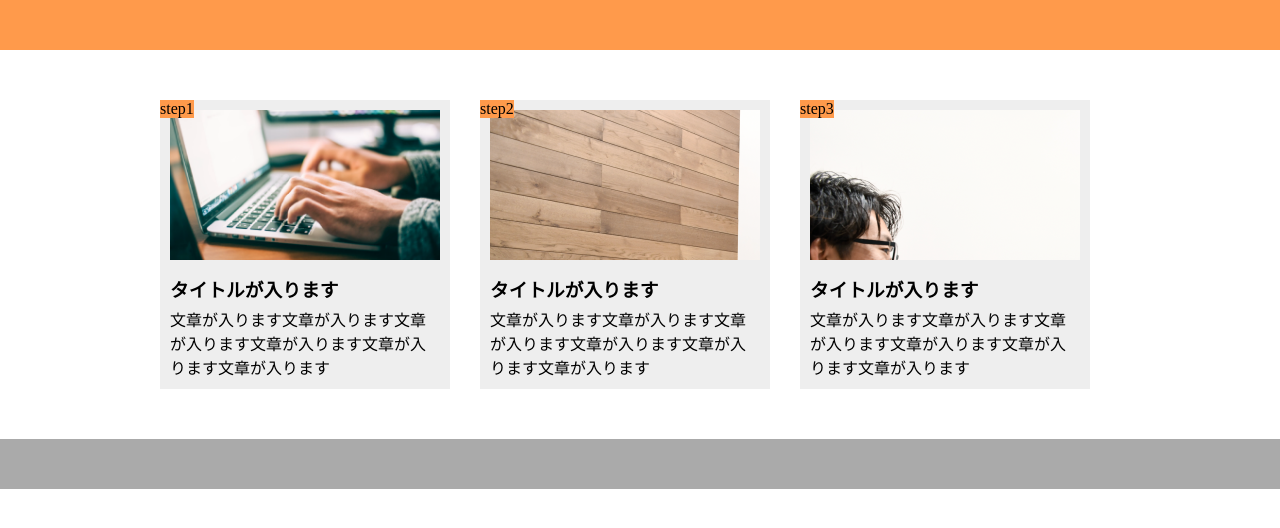
Repository: Y-takumi0/DMMwebcamp
Page: exercise/chapter9.html
The author's editor kept a record of every edit. The page is drawn from the files as they stood at one moment, then again after the next edit.
The browser window is 1280 px wide. The pictures show the whole page.

Above is the page before.

After the next edit:
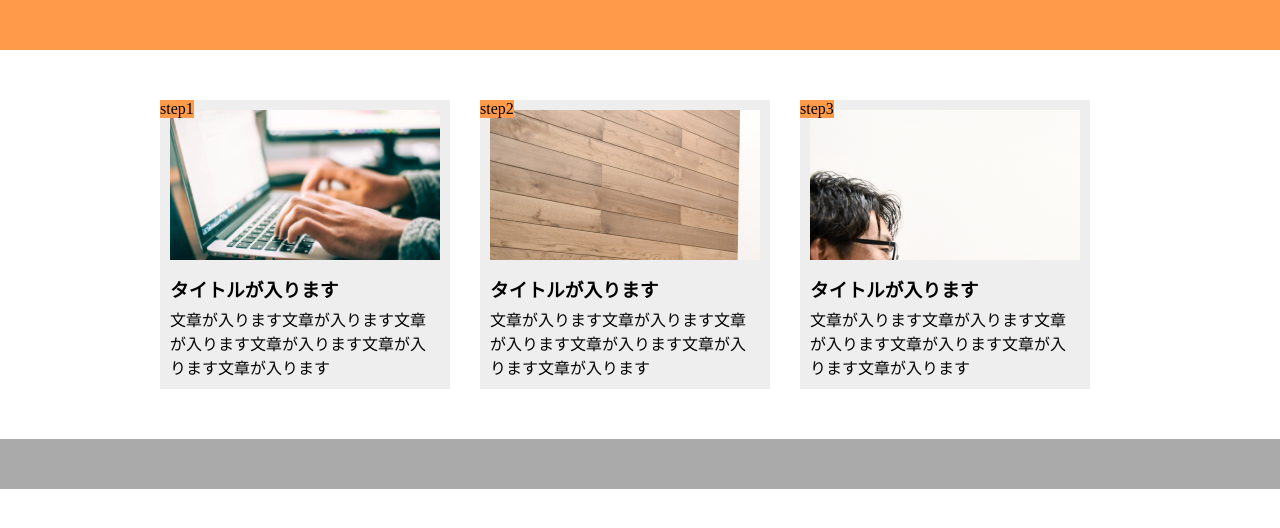
The edit:
--- a/exercise/chapter9.css
+++ b/exercise/chapter9.css
@@ -33,8 +33,8 @@
 .box-img1 {
   height: 150px;
   background-image: url(img/flow01.png);
-  background-position: bottom;
   background-size: cover;
+  background-position: center;
 }
 
 .box-img2 {
